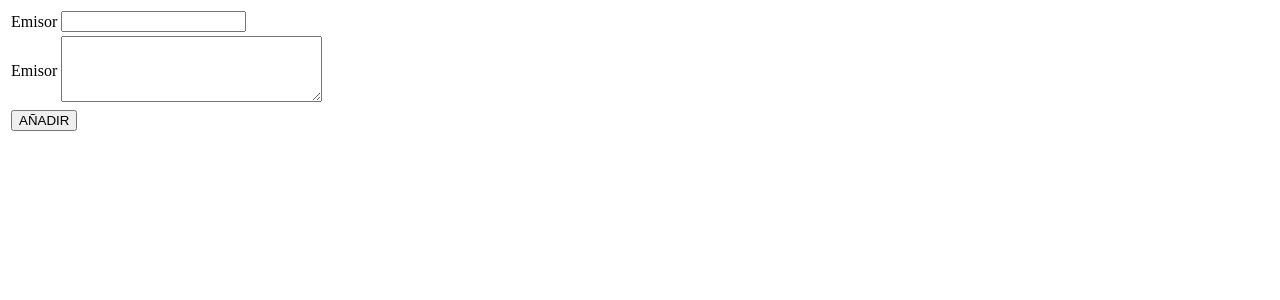
Repository: iruneguinea9/Servidor-Java
Page: http://localhost/PM/nuevo_mensaje.jsp
The author's editor kept a copy of each file at every save. The page is drawn from the files as they stood at one save, then again after the next save.
The browser window is 1280 px wide. The pictures show the whole page.
The page is served by Tomcat 10. Other server files are loaded and not shown.

Above is the page before, as saved 2023-11-27 10:39:06.

### Servidor/PM/src/main/webapp/nuevo_mensaje.jsp
<%@ page language="java" contentType="text/html; charset=ISO-8859-1"
    pageEncoding="ISO-8859-1"%>
<!DOCTYPE html>
<html>
<head>
<meta charset="ISO-8859-1">
<title>Insert title here</title>
</head>
<body>
	<table>
 		<form method='post' action='ServLetNuevoMens'>
 			<tr>
	 			<td>Emisor</td>
	 			<td> <input type='text' name='emisor'/> </td>
 			</tr>
 			<tr>
	 			<td>Emisor</td>
	 			<td> <textarea name='emisor' rows='4' cols='30'></textarea> </td>
 			</tr>
 			<tr>
	 			<td colspan='2'><input type='submit' name='nuevo' value='AÑADIR'/></td>
 			</tr>
 		</form>
 </table>
</body>
</html>

After the next save:
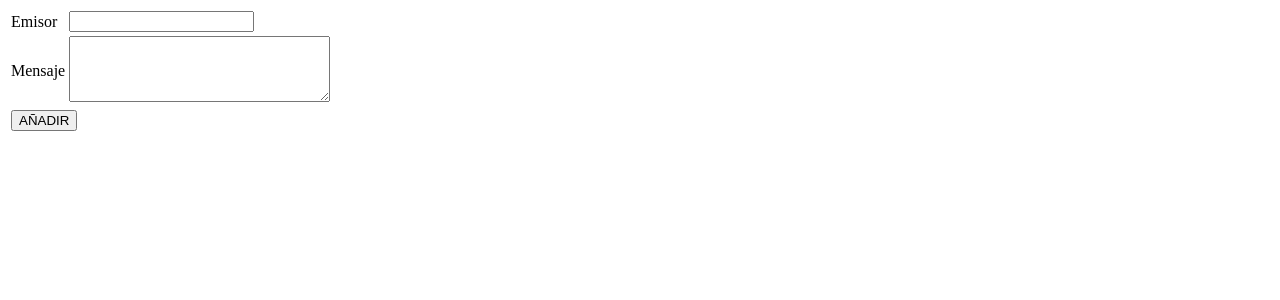
Saved 44 s later.
--- a/Servidor/PM/src/main/webapp/nuevo_mensaje.jsp
+++ b/Servidor/PM/src/main/webapp/nuevo_mensaje.jsp
@@ -14,8 +14,8 @@
 	 			<td> <input type='text' name='emisor'/> </td>
  			</tr>
  			<tr>
-	 			<td>Emisor</td>
-	 			<td> <textarea name='emisor' rows='4' cols='30'></textarea> </td>
+	 			<td>Mensaje</td>
+	 			<td> <textarea name='mensaje' rows='4' cols='30'></textarea> </td>
  			</tr>
  			<tr>
 	 			<td colspan='2'><input type='submit' name='nuevo' value='AÑADIR'/></td>
